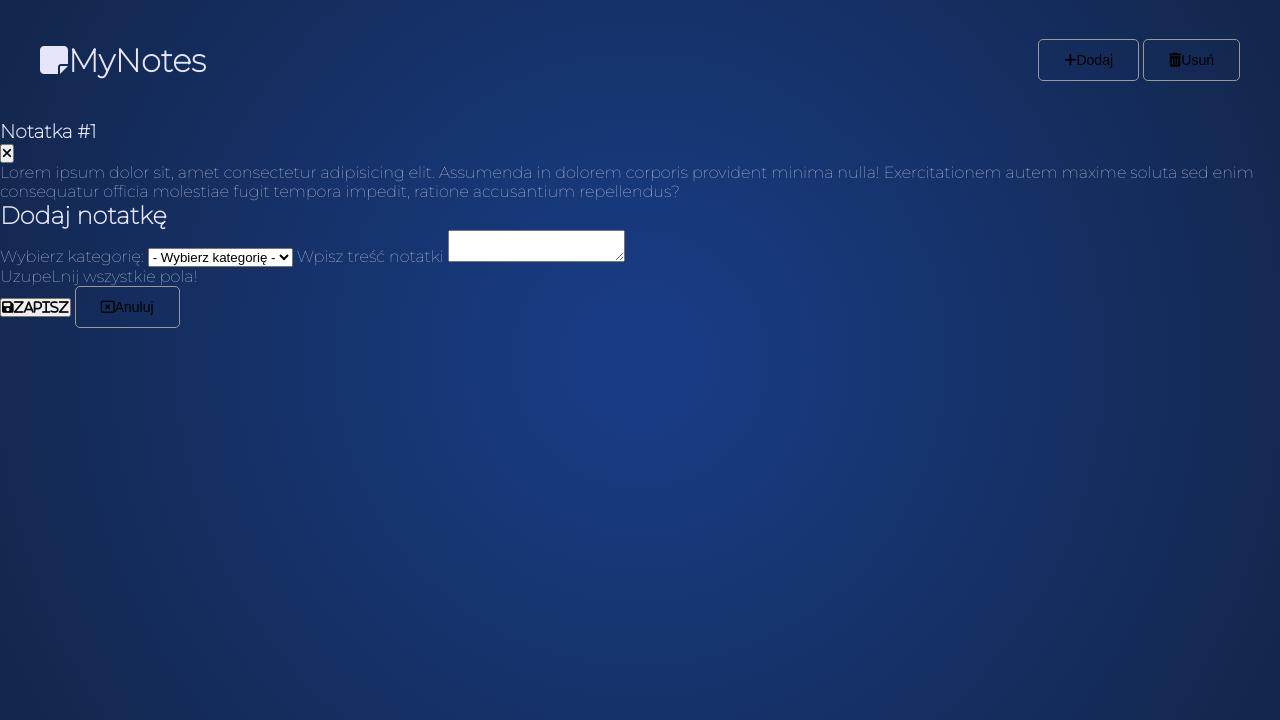
Repository: KrzysKolo/Projekt-7_Notes
Page: js/index.html
An editor plug-in stored every save of this project. The page is shown before and after the next save, followed by the edit.
The browser window is 1280 px wide. The pictures show the whole page.
Some web libraries are served in a nearby version.

Above is the page before, as saved 2020-07-07 13:41:26.
Console error: SyntaxError: Unexpected token '<'

After the next save:
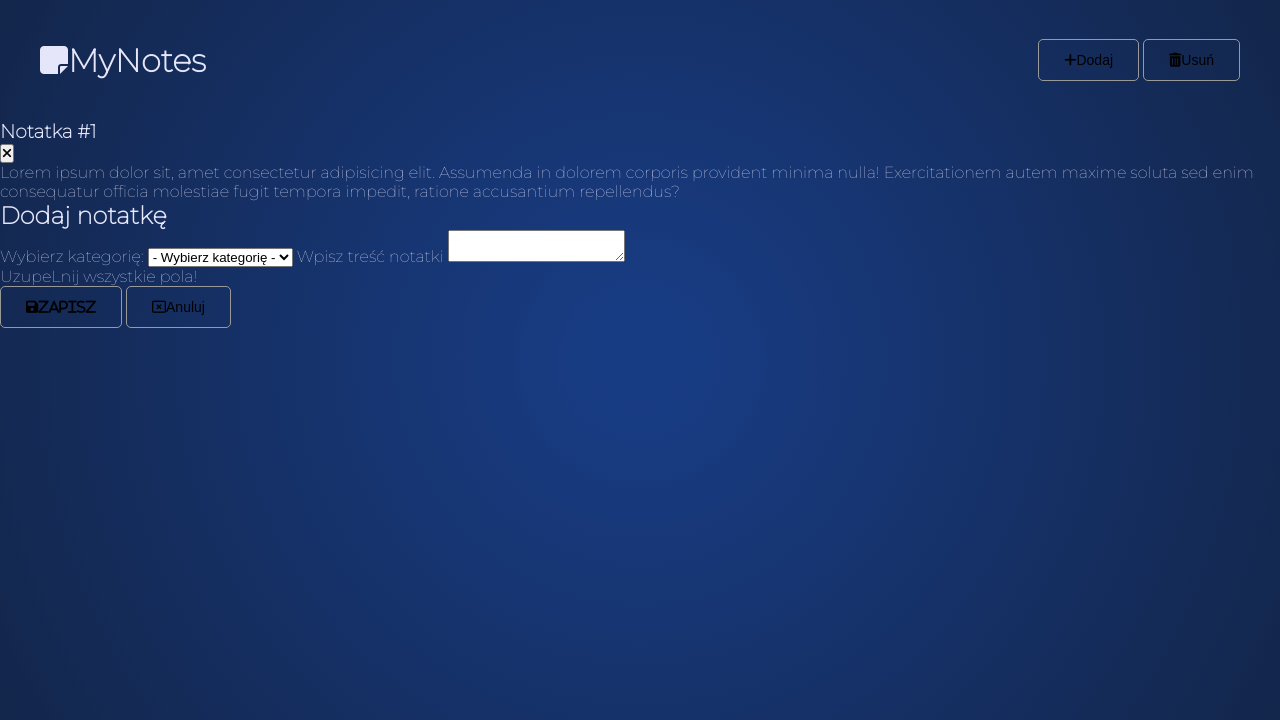
Saved 27 s later.
--- a/css/style.css
+++ b/css/style.css
@@ -21,7 +21,7 @@ body {
   height: 120px;
 }
 .menu button,
-.note-panel .sabe,
+.note-panel .save,
 .note-panel .cancel {
   padding: 12px 25px;
   background: none;
